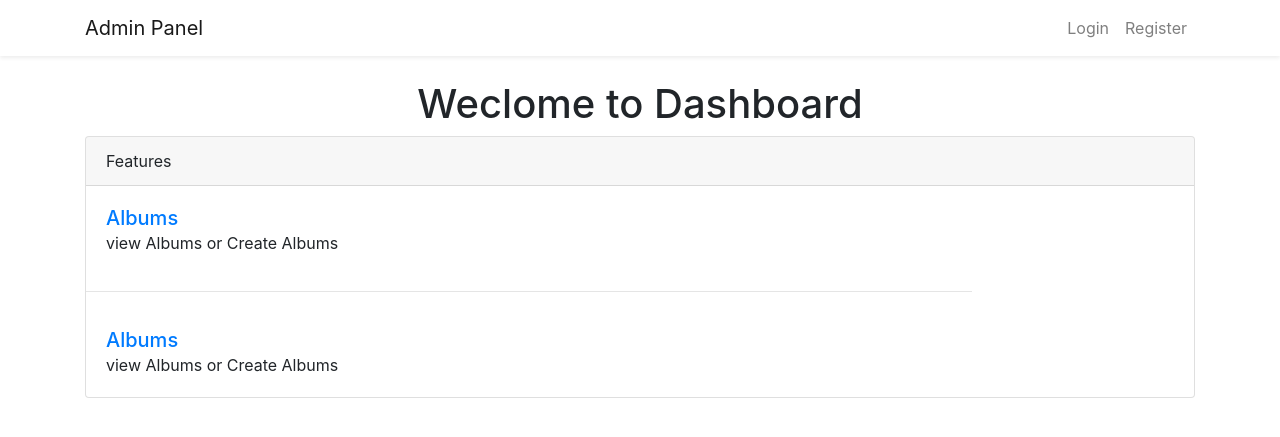
Repository: mohamedelbadawi/Simple-galley-using-laravel
Page: http://localhost/admin/dashboard
An editor plug-in stored every save of this project. The page is shown before and after the next save, followed by the edit.
The browser window is 1280 px wide. The pictures show the whole page.
The page is served by the project's Laravel application, run on PHP 8.4 with Laravel 8.

Above is the page before, as saved 2021-09-01 11:58:13.

After the next save:
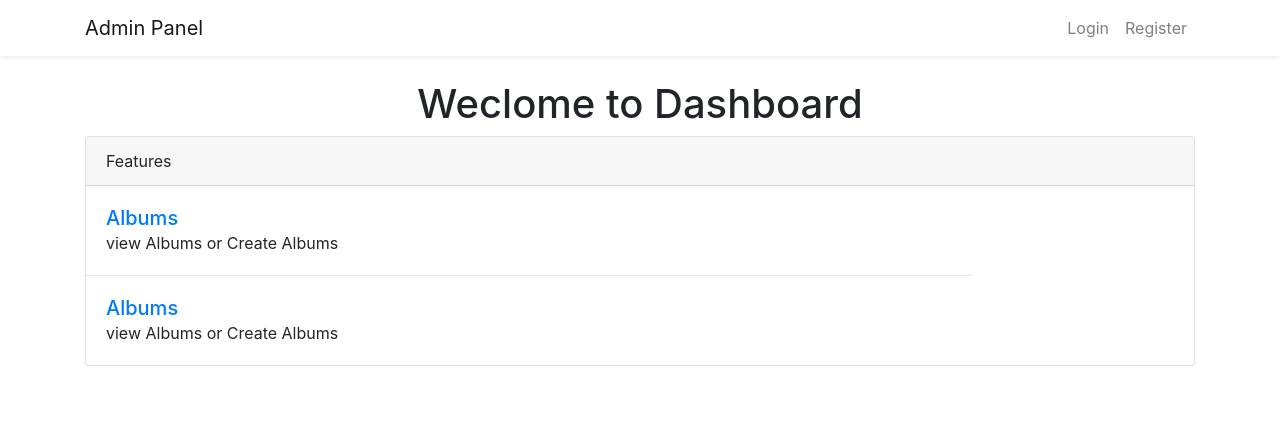
Saved 8 s later.
--- a/Gallery/resources/views/admin/Dashboard.blade.php
+++ b/Gallery/resources/views/admin/Dashboard.blade.php
@@ -13,7 +13,7 @@
                 <a class="card-title h5" href="{{ route('album.index') }}">Albums</a>
                 <p class="card-text">view Albums or Create Albums</p>
             </div>
-            <hr width="80%" class="text-center">
+            <hr width="80%" class="text-center m-0">
             <div class="card-body">
                 <a class="card-title h5" href="{{ route('album.index') }}">Albums</a>
                 <p class="card-text">view Albums or Create Albums</p>
